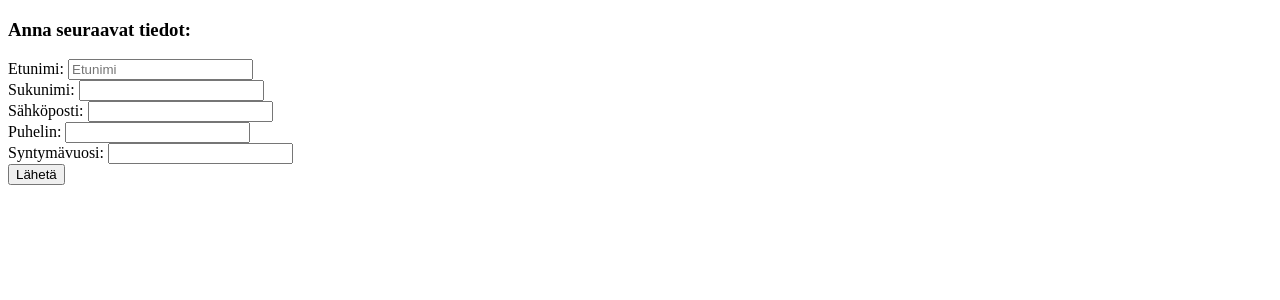
Repository: er-12/tehtava6
Page: http://localhost/t3/kysy.jsp
The author's editor kept a copy of each file at every save. The page is drawn from the files as they stood at one save, then again after the next save.
The browser window is 1280 px wide. The pictures show the whole page.
The page is served by Tomcat 9.

Above is the page before, as saved 2021-04-17 11:04:45.

After the next save:
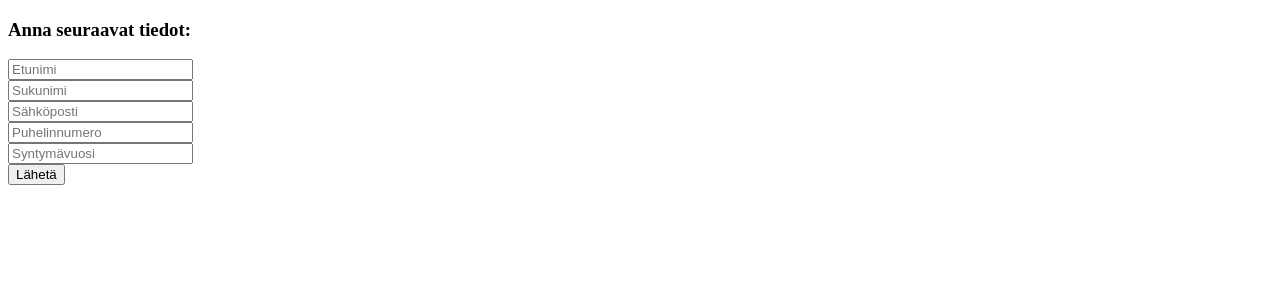
Saved 88 s later.
--- a/t3/WebContent/kysy.jsp
+++ b/t3/WebContent/kysy.jsp
@@ -9,11 +9,11 @@
 <body>
 <h3>Anna seuraavat tiedot:</h3>
 <form action="nayta.jsp" method="POST">
-	Etunimi: <input type="text" name="etunimi" placeholder= "Etunimi"><br>
-	Sukunimi: <input type="text" name="sukunimi"><br>
-	Sähköposti: <input type="text" name="sposti"><br>
-	Puhelin: <input type="text" name="puhelin"><br>
-	Syntymävuosi: <input type="text" name="vuosi"><br>
+	<input type="text" name="etunimi" placeholder= "Etunimi"><br>
+	<input type="text" name="sukunimi" placeholder= "Sukunimi"><br>
+	<input type="text" name="sposti" placeholder= "Sähköposti"><br>
+	<input type="text" name="puhelin" placeholder= "Puhelinnumero"><br>
+	<input type="text" name="vuosi" placeholder= "Syntymävuosi"><br>
 	<input type="submit" value="Lähetä">
 </form>
 </body>
